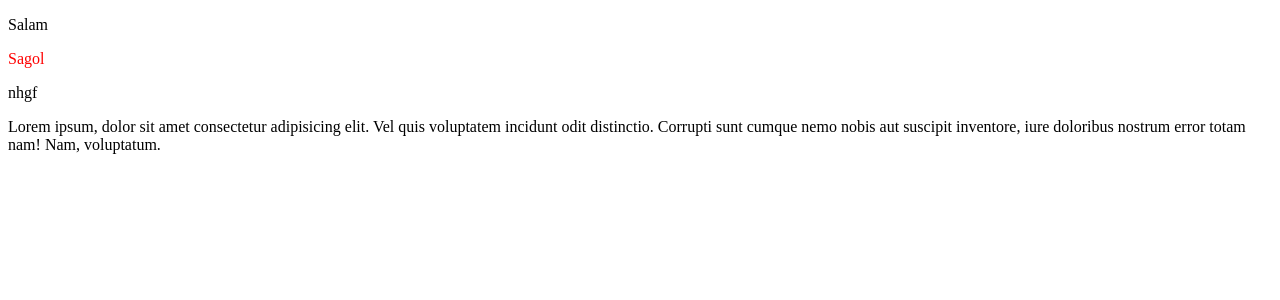
Repository: AytacSafarova/task-111
Page: index.html
These files come from the project's save history. The page is drawn as it stood at one moment and after a run of saves; the edit follows.
The browser window is 1280 px wide. The pictures show the whole page.

Above is the page before, as saved 2023-09-16 17:34:04.

### index.html
<!DOCTYPE html>
<html lang="en">
  <head>
    <meta charset="UTF-8" />
    <meta name="viewport" content="width=device-width, initial-scale=1.0" />
    <title>Document</title>
    <link rel="stylesheet" href="index.css" />
  </head>
  <body>
    <p>Salam</p>
    <p class="text-2">Sagol</p>
    <p>nhgf</p>
    <p>Lorem ipsum, dolor sit amet consectetur adipisicing elit. Vel quis voluptatem incidunt odit distinctio. Corrupti sunt cumque nemo nobis aut suscipit inventore, iure doloribus nostrum error totam nam! Nam, voluptatum.</p>
  </body>
</html>

### index.css
.text-2{
    color: red;
}

After the next 2 saves:
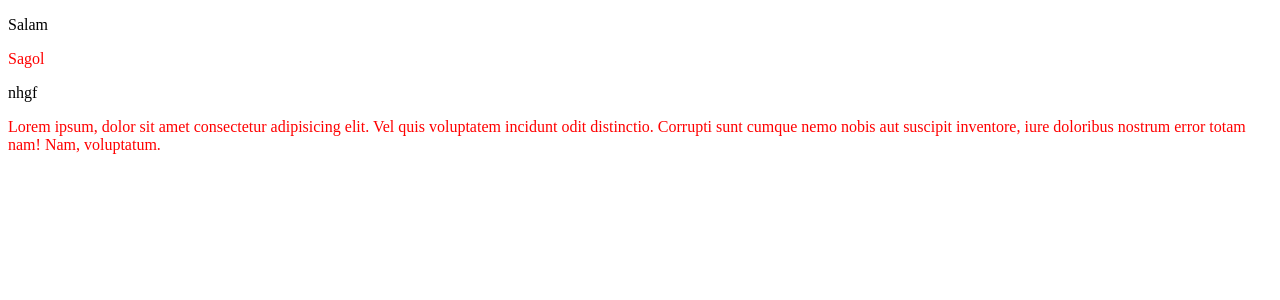
The 2 saves are shown as one change because they came seconds apart.
The last was saved 16 s later.
--- a/index.html
+++ b/index.html
@@ -10,6 +10,6 @@
     <p>Salam</p>
     <p class="text-2">Sagol</p>
     <p>nhgf</p>
-    <p>Lorem ipsum, dolor sit amet consectetur adipisicing elit. Vel quis voluptatem incidunt odit distinctio. Corrupti sunt cumque nemo nobis aut suscipit inventore, iure doloribus nostrum error totam nam! Nam, voluptatum.</p>
+    <p class="text-2">Lorem ipsum, dolor sit amet consectetur adipisicing elit. Vel quis voluptatem incidunt odit distinctio. Corrupti sunt cumque nemo nobis aut suscipit inventore, iure doloribus nostrum error totam nam! Nam, voluptatum.</p>
   </body>
 </html>

After the save that followed:
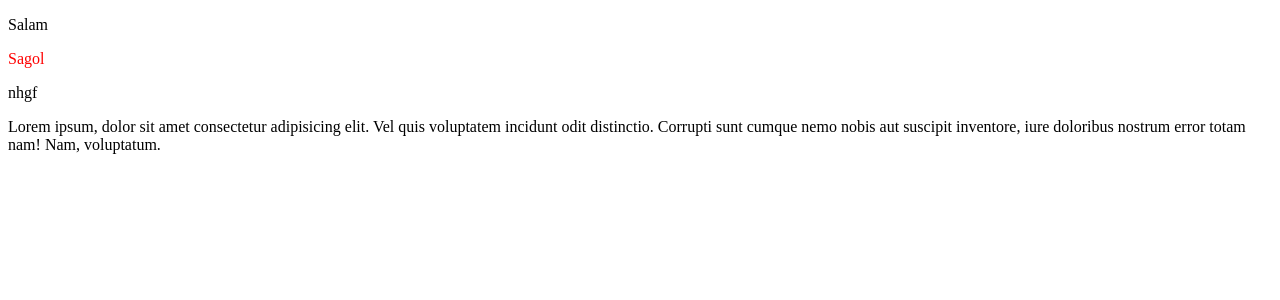
Saved 108 s later.
--- a/index.html
+++ b/index.html
@@ -10,6 +10,6 @@
     <p>Salam</p>
     <p class="text-2">Sagol</p>
     <p>nhgf</p>
-    <p class="text-2">Lorem ipsum, dolor sit amet consectetur adipisicing elit. Vel quis voluptatem incidunt odit distinctio. Corrupti sunt cumque nemo nobis aut suscipit inventore, iure doloribus nostrum error totam nam! Nam, voluptatum.</p>
+    <p class="newText">Lorem ipsum, dolor sit amet consectetur adipisicing elit. Vel quis voluptatem incidunt odit distinctio. Corrupti sunt cumque nemo nobis aut suscipit inventore, iure doloribus nostrum error totam nam! Nam, voluptatum.</p>
   </body>
 </html>
